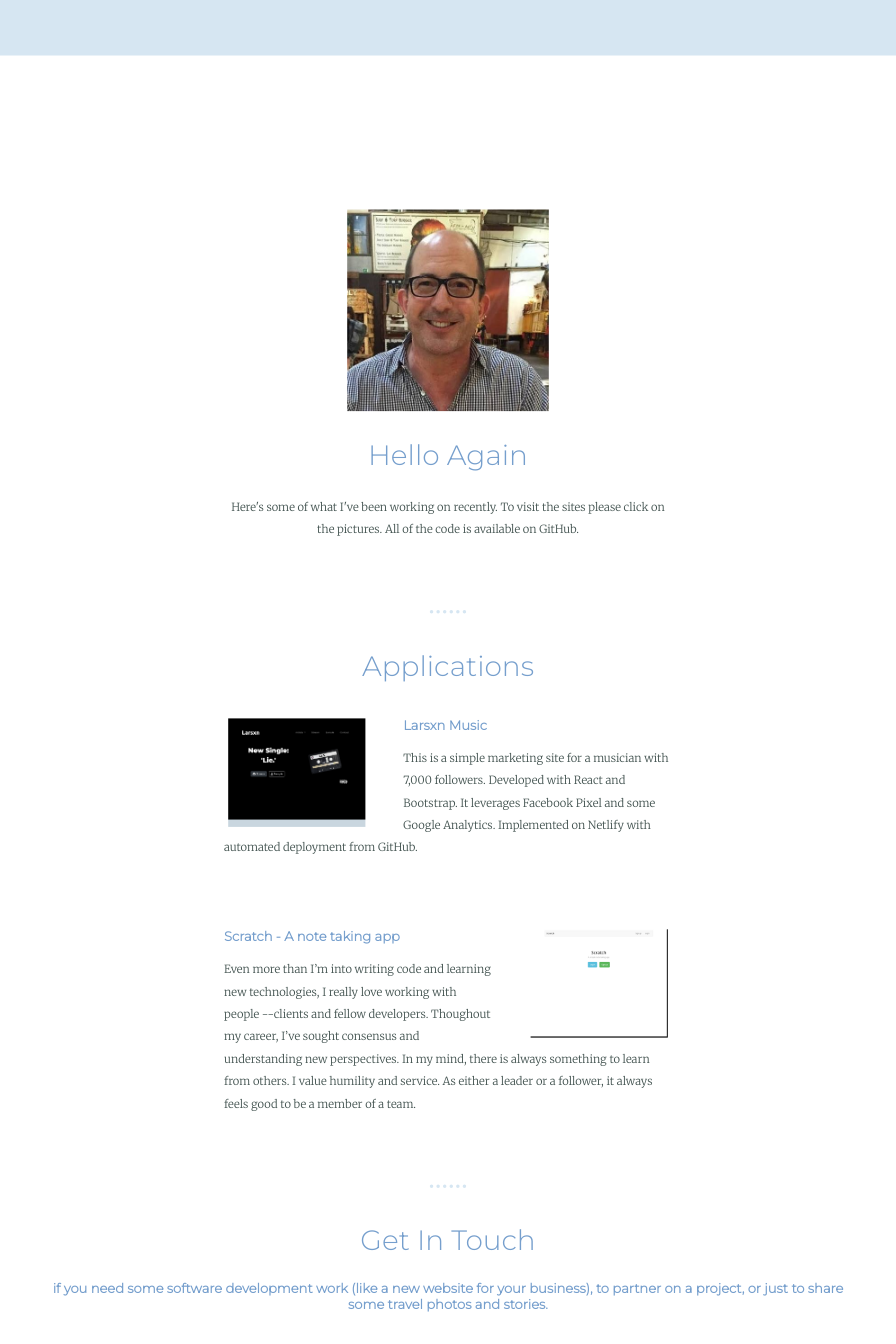
Repository: EpiTao-LLC/Personal_web_page
Page: pages/portfolio.html
These files come from the project's save history. The page is drawn as it stood at one moment and after the next save; the edit follows.
The browser window is 1280 px wide. The pictures show the part of the page from y = 1105 to 3025 px (the page is 3524 px tall before and 3474 px after), at 70% of full size.

Above is the page before, as saved 2020-10-10 21:30:01.

After the next save:
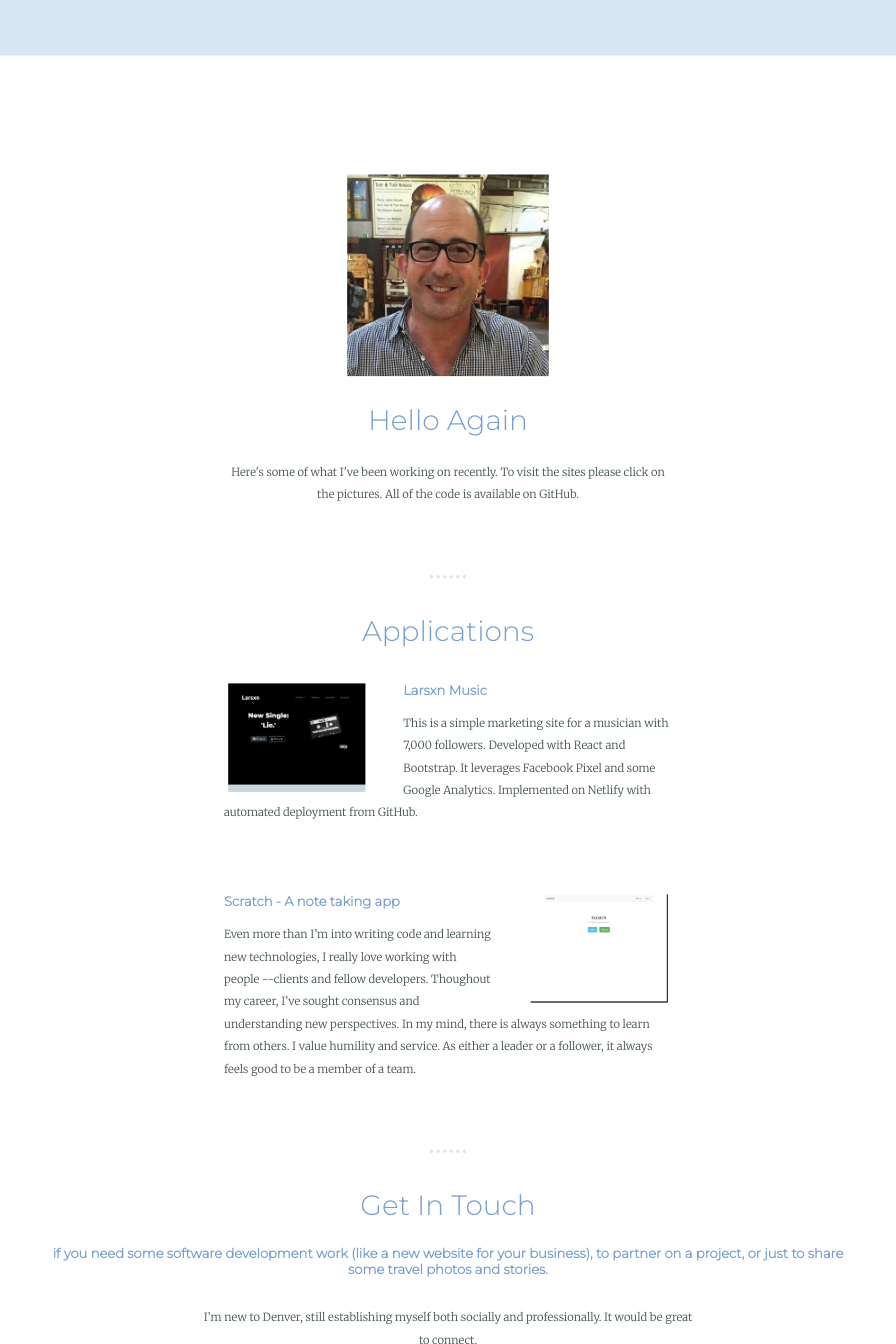
Saved 10 s later.
--- a/css/styles.css
+++ b/css/styles.css
@@ -45,7 +45,7 @@ hr {
 .middle-container {
     max-width: 2000px;
     margin-top: 100px;
-    padding-top: 100px;
+    padding-top: 50px;
     margin: 50px auto 100px auto;
 
 }
